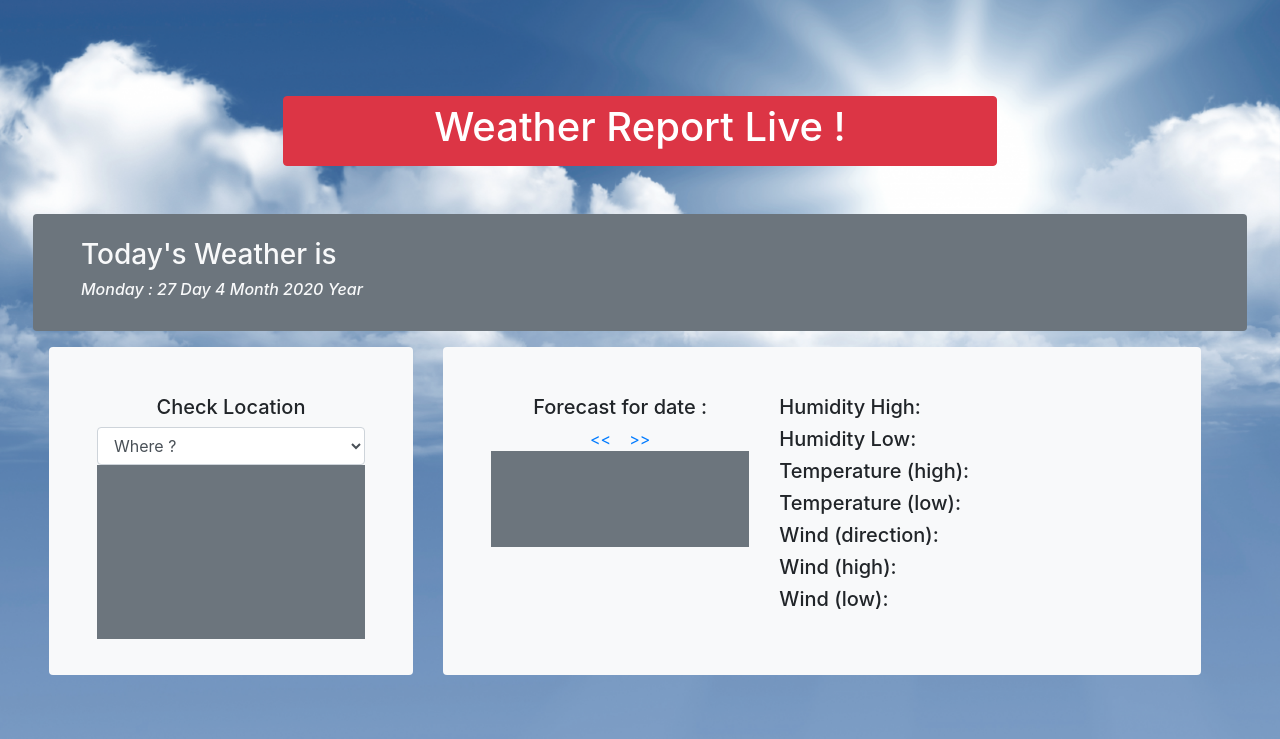
Repository: Code-Institute-Submissions/projectchen88-weatherForecast
Page: index.html
The author's editor kept a record of every edit. The page is drawn from the files as they stood at one moment, then again after the next edit.
The browser window is 1280 px wide. The pictures show the whole page.
The page's requests for data from a server got no answer.

Above is the page before.
Console error (its wording comes from the project's code and is left out).

### index.html
<!doctype html>
<html lang="en">

<head>
    <!-- Required meta tags -->
    <meta charset="utf-8">
    <meta name="viewport" content="width=device-width, initial-scale=1, shrink-to-fit=no">
    <!--AXIOS link-->
    <script src="https://unpkg.com/axios/dist/axios.min.js"></script>
    <!-- Bootstrap CSS -->
    <link rel="stylesheet" href="https://stackpath.bootstrapcdn.com/bootstrap/4.4.1/css/bootstrap.min.css" integrity="sha384-Vkoo8x4CGsO3+Hhxv8T/Q5PaXtkKtu6ug5TOeNV6gBiFeWPGFN9MuhOf23Q9Ifjh" crossorigin="anonymous">
    <!--Font Awesome-->
    <link rel="stylesheet" href="https://cdnjs.cloudflare.com/ajax/libs/font-awesome/4.7.0/css/font-awesome.min.css">
    <!--Custom CSS-->
    <link rel="stylesheet" href="styles/style.css" type="text/css" />
    <title>Hello, world!</title>
</head>

<body>
    <main id='main-page' class='container-fluid p-5'>
        <!--Header-->
        <div class="row">
            <div class="col-md-8 col-12 p-md-5 p-3 mx-auto">
                <span class='btn btn-danger w-100'><h1>Weather Report Live ! </h1></span>
            </div>
        </div>

        <!--Current Weather -->
        <div class="row">
            <div class="col-12 px-5 py-4 bg-secondary text-light rounded">
                <h3>Today's Weather is <span id='status'></span></h3>
                <h6 id='dateToday' class='font-italic'></h6>
            </div>
            <div id='display-section' class="col-12 p-3 bg-transparent">
                <div class="box row">
                    <!--Check and display weather of location selected-->
                    <div class="box col-md-4 col-12 mx-auto text-center">
                        <div class="box p-5 bg-light rounded">
                            <h5>Check Location</h5>
                            <div >
                                <select class='form-control' id="select">
                                    <option>Where ?</option>
                                </select>
                            </div>
                            <div class='display-box p-2 bg-secondary'>
                                <p><span id='weather' class='font-bolder text-light'></span></p>
                            </div>
                        </div>
                    </div>

                    <!--Display 4 days forecast-->
                    <div class="box col-md-8 col-12 mx-auto text-center">
                        <div class="box p-5 bg-light rounded">
                            <div class='display-box'>
                                <div class="row">
                                    <div class="col-5">
                                        <h5>Forecast for date :</h5>
                                        <div class='d-flex justify-content-center'>
                                            <div id='prev-day' class='text-primary'><< &nbsp</div>
                                            <h5 id='forecast-title'> </h5>
                                            <div id= 'next-day' class='text-primary'> &nbsp >> </div>
                                        </div>
                                        <div>
                                            <p class='p-5 bg-secondary' id='forecast'></p>
                                        </div>
                                    </div>
                                    <div class="col-7">
                                        <div class='d-flex'>
                                            <h5>Humidity High: </h5>
                                            <span id='humidity-high'></span>
                                        </div>
                                        <div class='d-flex'>
                                            <h5>Humidity Low: </h5>
                                            <span id='humidity-low'></span>
                                        </div>
                                        <div class='d-flex'>
                                            <h5>Temperature (high): </h5>
                                            <span id='temperature-high'></span>
                                        </div>
                                        <div class='d-flex'>
                                            <h5>Temperature (low): </h5>
                                            <span id='temperature-low'></span>
                                        </div>
                                        <div class='d-flex'>
                                            <h5>Wind (direction): </h5>
                                            <span id='wind-direction'></span>
                                        </div>
                                        <div class='d-flex'>
                                            <h5>Wind (high): </h5>
                                            <span id='wind-speed-high'></span>
                                        </div>
                                        <div class='d-flex'>
                                            <h5>Wind (low): </h5>
                                            <span id='wind-speed-low'></span>
                                        </div>
                                    </div>

                                </div>
                            </div>
                        </div>
                    </div>


                </div>
            </div>
        </div>


    </main>


    <!-- Optional JavaScript -->
    <!-- jQuery first, then Popper.js, then Bootstrap JS -->
    <script src="https://code.jquery.com/jquery-3.4.1.js" integrity="sha256-WpOohJOqMqqyKL9FccASB9O0KwACQJpFTUBLTYOVvVU=" crossorigin="anonymous"></script>
    <script src="https://cdn.jsdelivr.net/npm/popper.js@1.16.0/dist/umd/popper.min.js" integrity="sha384-Q6E9RHvbIyZFJoft+2mJbHaEWldlvI9IOYy5n3zV9zzTtmI3UksdQRVvoxMfooAo" crossorigin="anonymous"></script>
    <script src="https://stackpath.bootstrapcdn.com/bootstrap/4.4.1/js/bootstrap.min.js" integrity="sha384-wfSDF2E50Y2D1uUdj0O3uMBJnjuUD4Ih7YwaYd1iqfktj0Uod8GCExl3Og8ifwB6" crossorigin="anonymous"></script>
    <!--Custom JS script-->
    <script type="text/javascript" src="scripts/script.js"></script>
</body>

</html>

### scripts/script.js
/*  global $ axios */

var source1 = "https://api.data.gov.sg/v1/environment/2-hour-weather-forecast"
var source2 = "https://api.data.gov.sg/v1/environment/4-day-weather-forecast"
var forecastData =[]
var tempData =[]
var option =[]
var status


//AXIO TO GET DATA FROM JSON FILE (local)
function getForecast(callback) {
  axios.get(source1)
    .then(function(response) {
      let result = response.data;
      console.log(result)
      callback(result)
    })
}
function getTemp(callback) {
  axios.get(source2)
    .then(function(response) {
      let result = response.data.items[0].forecasts;
      console.log(result)
      callback(result)
    })
}
function displayDailyForecast( day ) {
  document.getElementById("forecast-title").innerHTML="Weather Forecast for date : " +tempData[day].date
  document.getElementById("forecast").innerHTML=tempData[day].forecast
  document.getElementById("humidity-high").innerHTML=tempData[day].relative_humidity.high
  document.getElementById("humidity-low").innerHTML=tempData[day].relative_humidity.low
  document.getElementById("temperature-high").innerHTML=tempData[day].temperature.high
  document.getElementById("temperature-low").innerHTML=tempData[day].temperature.low
  document.getElementById("wind-direction").innerHTML="The wind will be blowing in the "+tempData[day].wind.direction+" direction"
  document.getElementById("wind-speed-high").innerHTML=tempData[day].wind.speed.high
  document.getElementById("wind-speed-low").innerHTML=tempData[day].wind.speed.low

}
getTemp(function(data){
  tempData = data;
  tempData.count = 0 // tracker for the day result that is displayed
  displayDailyForecast (tempData.count)
  document.getElementById("forecast").innerHTML=tempData[0].forecast
})

getForecast( function(data) {
    forecastData = data
    status = forecastData.api_info.status
    document.getElementById("status").innerHTML = status;

    let forecastsArea = forecastData.items[0].forecasts

    var select = document.getElementById("select");
    for (let item in forecastsArea) {
      var el = document.createElement("option");
      el.textContent = forecastsArea[item].area;
      el.value = forecastsArea[item].area;
      select.appendChild(el);
    }
})

$ (function () {
  // $('#prev-day').hide();

  // Set the date of today to be displayed
  var d = new Date();
  var weekday = new Array(7);
  weekday[0] = "Sunday";
  weekday[1] = "Monday";
  weekday[2] = "Tuesday";
  weekday[3] = "Wednesday";
  weekday[4] = "Thursday";
  weekday[5] = "Friday";
  weekday[6] = "Saturday";
  var strDate = weekday[d.getDay()] + " : " + d.getDate() + " Day " + (d.getMonth()+1) + " Month " + d.getFullYear() + " Year " ;
  $('#dateToday').text(strDate)

  // Detect for change in option change in selection of area and display the weather
  $('#select').change(function(){
    // displayWeather()
    let forecastsArea = forecastData.items[0].forecasts
    for (let item in forecastsArea) {
      var select = $('#select').val()
      if (select == forecastsArea[item].area)
      $('#weather').text("The weather at "+ forecastsArea[item].area +" is expected to be "+forecastsArea[item].forecast)
    }
  })

  // Detect for change to view. forecast for next day
  $('#next-day').click( function () {
    if (tempData.count < 3) {
      tempData.count ++ ;
      displayDailyForecast(tempData.count)
      if (tempData.count >= 3) {
        // $('#next-day').hide()
      }
      $('#prev-day').text('<<')
    }
    else {
      $('#next-day').text('>>|')
    }
  })

  $('#prev-day').on('click', function () {
   if (tempData.count >= 0) {
      tempData.count -- ;
      displayDailyForecast(tempData.count)
      if (tempData.count <= 0 ) {
        $('#next-day').text(">>")
      }
      $('#prev-day').text('|<<')
    }
  })
})

Loaded but not shown: styles/style.css (common file)

After the next edit:
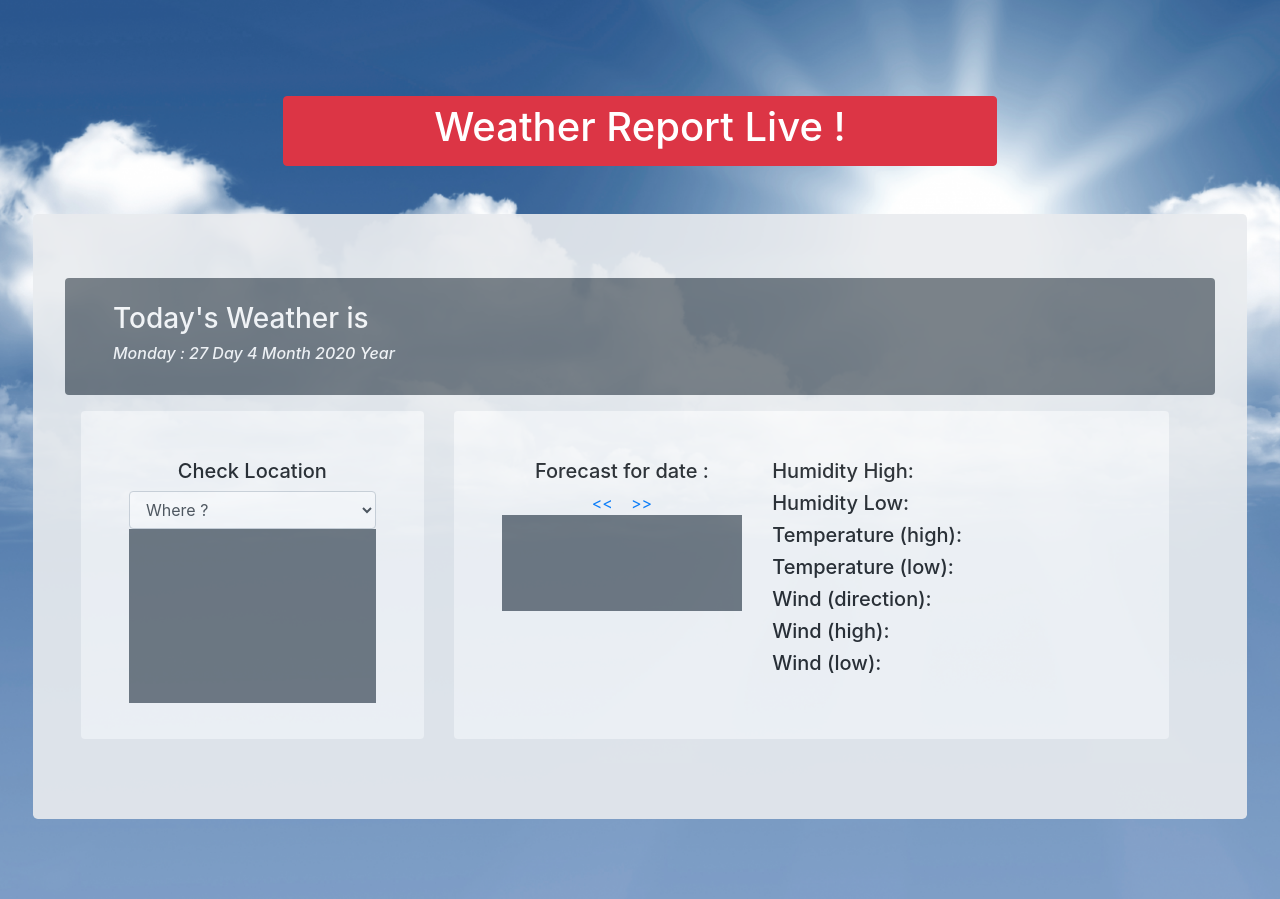
The edit:
--- a/index.html
+++ b/index.html
@@ -26,7 +26,7 @@
         </div>
 
         <!--Current Weather -->
-        <div class="row">
+        <div class="row jumbotron">
             <div class="col-12 px-5 py-4 bg-secondary text-light rounded">
                 <h3>Today's Weather is <span id='status'></span></h3>
                 <h6 id='dateToday' class='font-italic'></h6>
